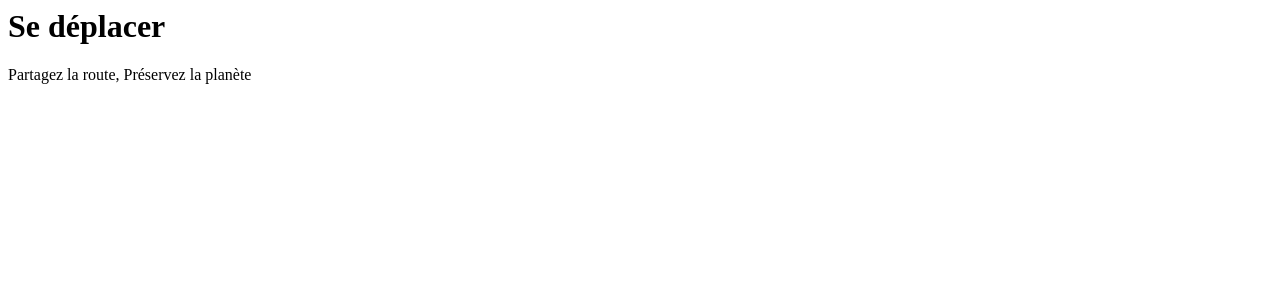
Repository: lemonhao9/ECF
Page: pages/covoiturages/vueCovoit.html
An editor plug-in stored every save of this project. The page is shown before and after the next save, followed by the edit.
The browser window is 1280 px wide. The pictures show the whole page.

Above is the page before, as saved 2025-02-13 10:37:46.

After the next save:
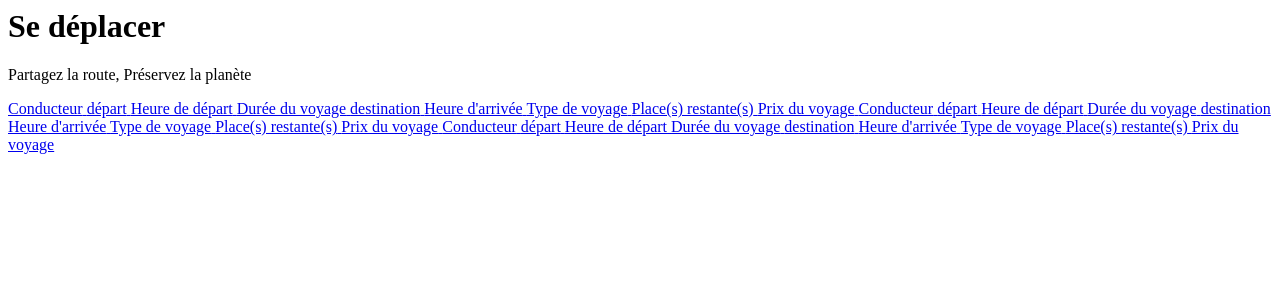
Saved 13 min 2 s later.
--- a/pages/covoiturages/vueCovoit.html
+++ b/pages/covoiturages/vueCovoit.html
@@ -4,3 +4,39 @@
         <p>Partagez la route, Préservez la planète</p>
     </div>
 </div>
+
+<div class="container text-center lescovoiturages">
+<a href="#">
+    <span>Conducteur</span>
+    <span>départ</span>
+    <span>Heure de départ</span>
+    <span>Durée du voyage</span>
+    <span>destination</span>
+    <span>Heure d'arrivée</span>
+    <span>Type de voyage</span>
+    <span>Place(s) restante(s)</span>
+    <span>Prix du voyage</span>
+</a>
+<a href="#">
+    <span>Conducteur</span>
+    <span>départ</span>
+    <span>Heure de départ</span>
+    <span>Durée du voyage</span>
+    <span>destination</span>
+    <span>Heure d'arrivée</span>
+    <span>Type de voyage</span>
+    <span>Place(s) restante(s)</span>
+    <span>Prix du voyage</span>
+</a>
+<a href="#">
+    <span>Conducteur</span>
+    <span>départ</span>
+    <span>Heure de départ</span>
+    <span>Durée du voyage</span>
+    <span>destination</span>
+    <span>Heure d'arrivée</span>
+    <span>Type de voyage</span>
+    <span>Place(s) restante(s)</span>
+    <span>Prix du voyage</span>
+</a>
+</div>
